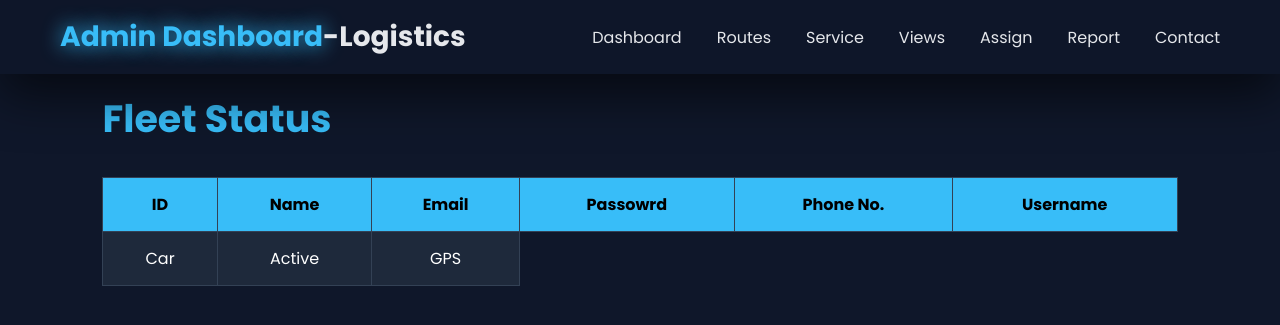
Repository: Pintu-6545/Java_Programming
Page: http://localhost/GreenFleetApplication/view-drivers.jsp
These files come from the project's save history. The page is drawn as it stood at one moment and after the next save; the edit follows.
The browser window is 1280 px wide. The pictures show the whole page.
The page is served by Tomcat 10. Other server files are loaded and not shown.

Above is the page before, as saved 2025-12-24 18:46:27.

### Assessement/GreenFeetApp1/GreenFleetApplication/src/main/webapp/view-drivers.jsp
<%@ page language="java" contentType="text/html; charset=UTF-8"
    pageEncoding="UTF-8"%>
<%@include file="header.jsp" %>
<!DOCTYPE html>
<html>
<head>
<meta charset="UTF-8">
<title>Display Drivers Data</title>
</head>
<body>
   <section class="section">
		<h2>Fleet Status</h2>
		<table>
			<tr>
				<th>ID</th>
				<th>Name</th>
				<th>Email</th>
				<th>Passowrd</th>
				<th>Phone No.</th>
				<th>Username</th>
			</tr>
			<tr>
				<td>Car</td>
				<td>Active</td>
				<td>GPS</td>
			</tr>
		</table>
	</section>
</body>
</html>

### Assessement/GreenFeetApp1/GreenFleetApplication/src/main/webapp/header.jsp
<%@ page language="java" contentType="text/html; charset=UTF-8"
    pageEncoding="UTF-8"%>
<!DOCTYPE html>
<html>
<head>
<meta charset="UTF-8">
<title>Ultra AI Logistics</title>
<meta name="viewport" content="width=device-width, initial-scale=1.0">

<!-- FONT & ICONS -->
<link
	href="https://fonts.googleapis.com/css2?family=Poppins:wght@300;400;600;700&display=swap"
	rel="stylesheet">
<link rel="stylesheet"
	href="https://cdnjs.cloudflare.com/ajax/libs/font-awesome/6.5.1/css/all.min.css">

<link rel="stylesheet" href="css/index.css">
</head>
<body>
<!-- ================= NAVBAR ================= -->
	<nav class="navbar">
		<div class="logo">
			<span>Admin Dashboard</span>-Logistics
		</div>

		<div class="menu-toggle" id="menuToggle">
			<span></span><span></span><span></span>
		</div>

		<ul class="menu" id="menu">
			<li class="menu-item"><a href="admin-index.jsp">Dashboard</a></li>

			<li class="menu-item"><a href="#">Routes</a>
				<ul class="dropdown">
					<li><a href="#">Add Route</a></li>
					<li><a href="#">View Route </a></li>
				</ul></li>
			<li class="menu-item"><a href="#">Service</a>
				<ul class="dropdown">
					<li><a href="add-driver.jsp">Add Driver</a></li>
					<li><a href="#">Add Vehicle</a></li>
					<li><a href="#">Add Vehicle Feul</a></li>
					<li><a href="#">Add Maintanance</a></li>
				</ul></li>


			<li class="menu-item"><a href="#">Views</a>
				<ul class="dropdown">
					<li><a href="view-drivers.jsp">View Drivers</a></li>
					<li><a href="#">View Vehicles</a></li>
					<li><a href="#">View Feuls</a></li>
				</ul></li>
				<li class="menu-item"><a href="#">Assign</a>
				<ul class="dropdown">
					<li><a href="#"> Add Vehicle-Driver</a></li>
					<li><a href="#">View Vehicles-Driver</a></li>

				</ul></li>
			<li class="menu-item"><a href="#">Report</a>
				<ul class="dropdown">
					<li><a href="#">Incident Report</a></li>
					<li><a href="#">Other Report</a></li>
				</ul></li>
			<li class="menu-item"><a href="#">Contact</a>
				<ul class="dropdown">
					<li><a href="#">Support</a></li>
					<li><a href="#">Email</a></li>
				</ul></li>
		</ul>
	</nav>

</body>
</html>

### Assessement/GreenFeetApp1/GreenFleetApplication/src/main/webapp/css/index.css
/* ================= GLOBAL ================= */
*{
    margin:0;
    padding:0;
    box-sizing:border-box;
    font-family:Poppins,sans-serif;
}
body{
    background:#0f172a;
    color:#fff;
}

/* ================= ROOT ================= */
:root{
    --bg:#020617;
    --glass:rgba(15,23,42,.85);
    --primary:#38bdf8;
    --secondary:#22d3ee;
    --text:#e5e7eb;
}

/* ================= NAVBAR ================= */
.navbar{
    position:fixed;
    top:0;
    width:100%;
    padding:16px 60px;
    background:var(--glass);
    backdrop-filter:blur(18px);
    display:flex;
    justify-content:space-between;
    align-items:center;
    z-index:1000;
    box-shadow:0 20px 50px rgba(0,0,0,.6);
}

/* ================= LOGO ================= */
.logo{
    font-size:28px;
    font-weight:800;
    color:var(--text);
}
.logo span{
    color:var(--primary);
    text-shadow:0 0 20px var(--primary);
}

/* ================= MENU ================= */
.menu{
    display:flex;
    gap:35px;
    list-style:none;
}
.menu-item{
    position:relative;
}
.menu-item > a{
    color:var(--text);
    text-decoration:none;
    font-size:16px;
    padding:10px 0;
    position:relative;
}

/* underline animation */
.menu-item > a::after{
    content:"";
    position:absolute;
    bottom:-6px;
    left:0;
    width:0;
    height:3px;
    background:linear-gradient(90deg,var(--primary),var(--secondary));
    transition:.4s;
    border-radius:10px;
}
.menu-item > a:hover::after{
    width:100%;
}

/* ================= DROPDOWN ================= */
.dropdown{
    position:absolute;
    top:55px;
    left:0;
    background:linear-gradient(180deg,#020617,#020617);
    border-radius:18px;
    min-width:210px;
    padding:10px;
    opacity:0;
    visibility:hidden;
    transform:rotateX(-15deg) translateY(15px);
    transform-origin:top;
    transition:.45s cubic-bezier(.2,.8,.2,1);
    box-shadow:0 25px 80px rgba(56,189,248,.25);
}

.dropdown li{
    list-style:none;
}

.dropdown a{
    display:block;
    padding:14px 18px;
    border-radius:12px;
    color:#cbd5f5;
    text-decoration:none;
    transition:.3s;
}
.dropdown a:hover{
    background:linear-gradient(135deg,var(--primary),var(--secondary));
    color:#020617;
    transform:translateX(6px);
}

/* hover open */
.menu-item:hover .dropdown{
    opacity:1;
    visibility:visible;
    transform:rotateX(0) translateY(0);
}

/* ================= MOBILE ================= */
.menu-toggle{
    display:none;
    flex-direction:column;
    gap:6px;
    cursor:pointer;
}
.menu-toggle span{
    width:28px;
    height:3px;
    background:var(--primary);
    border-radius:10px;
}

/* ================= RESPONSIVE ================= */
@media(max-width:900px){
    .menu-toggle{display:flex;}
    .menu{
        position:absolute;
        top:75px;
        right:30px;
        background:#020617;
        flex-direction:column;
        width:260px;
        border-radius:20px;
        padding:20px;
        opacity:0;
        pointer-events:none;
        transform:scale(.9);
        transition:.4s;
    }
    .menu.active{
        opacity:1;
        pointer-events:auto;
        transform:scale(1);
    }
    .dropdown{
        position:static;
        transform:none;
        opacity:1;
        visibility:visible;
        box-shadow:none;
    }
}

/* ================= CAROUSEL ================= */
.carousel{
    height:100vh;
    margin-top:80px;
    position:relative;
    overflow:hidden;
}
.slide{
    position:absolute;
    inset:0;
    background-size:cover;
    background-position:center;
    opacity:0;
    transition:opacity 1.2s;
}
.slide.active{opacity:1;}
.overlay{
    position:absolute;
    inset:0;
    background:linear-gradient(to right,rgba(0,0,0,.75),rgba(0,0,0,.3));
}
.content{
    position:absolute;
    top:50%;
    left:8%;
    transform:translateY(-50%);
    max-width:600px;
}
.content h1{
    font-size:48px;
}
.content p{
    margin:15px 0 25px;
    color:#e2e8f0;
}
.btn{
    padding:14px 30px;
    border-radius:30px;
    border:none;
    background:linear-gradient(45deg,#38bdf8,#0ea5e9);
    cursor:pointer;
}

/* ================= SECTIONS ================= */
.section{
    padding:90px 8%;
}
.section h2{
    font-size:38px;
    color:#38bdf8;
}
.section p{
    max-width:850px;
    color:#cbd5f5;
}

/* ================= CARDS ================= */
.card-grid{
    display:grid;
    grid-template-columns:repeat(auto-fit,minmax(250px,1fr));
    gap:25px;
    margin-top:40px;
}
.card{
    background:#1e293b;
    border-radius:15px;
    overflow:hidden;
    transition:.4s;
}
.card:hover{
    transform:translateY(-8px);
}
.card img{
    width:100%;
    height:200px;
    object-fit:cover;
}
.card h3{
    padding:15px;
    color:#38bdf8;
}
.card p{
    padding:0 15px 20px;
    font-size:14px;
}

/* ================= TABLE ================= */
table{
    width:100%;
    border-collapse:collapse;
    margin-top:30px;
}
th,td{
    padding:14px;
    border:1px solid #334155;
    text-align:center;
}
th{
    background:#38bdf8;
    color:#000;
}
tr:nth-child(even){
    background:#1e293b;
}

/* ================= FORM SECTION ================= */
.form-section{
    padding:100px 6%;
    background:linear-gradient(135deg,#020617,#0f172a);
}

.form-wrapper{
    max-width:1100px;
    margin:auto;
    background:rgba(15,23,42,.92);
    backdrop-filter:blur(18px);
    border-radius:28px;
    padding:55px;
    display:grid;
    grid-template-columns:1.2fr 1fr;
    gap:50px;
    box-shadow:0 30px 80px rgba(56,189,248,.15);
}

/* ================= LEFT INFO ================= */
.form-info h2{
    font-size:44px;
    margin-bottom:25px;
    color:#38bdf8;
}

.info-box{
    display:flex;
    align-items:center;
    gap:18px;
    margin:22px 0;
    font-size:18px;
    color:#e5e7eb;
}

.info-box i{
    width:48px;
    height:48px;
    display:grid;
    place-items:center;
    font-size:20px;
    background:linear-gradient(135deg,#38bdf8,#0ea5e9);
    color:#020617;
    border-radius:50%;
}

/* ================= FORM ================= */
.form-box{
    display:flex;
    flex-direction:column;
    gap:20px;
}

.input-group{
    position:relative;
}

.input-group i{
    position:absolute;
    top:50%;
    left:18px;
    transform:translateY(-50%);
    font-size:16px;
    color:#38bdf8;
    pointer-events:none;
}

.input-group input,
.input-group select,
.input-group textarea{
    width:100%;
    padding:16px 18px 16px 50px;
    border-radius:30px;
    border:2px solid transparent;
    outline:none;
    background:#020617;
    color:#fff;
    font-size:15px;
    transition:.35s;
}

/* Focus & Hover Handling */
.input-group input:focus,
.input-group textarea:focus,
.input-group select:focus{
    border-color:#38bdf8;
    box-shadow:0 0 0 4px rgba(56,189,248,.15);
}

/* Placeholder */
::placeholder{
    color:#9ca3af;
}

/* Textarea */
textarea{
    height:120px;
    resize:none;
}

/* ================= BUTTON ================= */
.form-box button{
    margin-top:10px;
    padding:16px;
    border-radius:30px;
    border:none;
    font-size:16px;
    font-weight:600;
    color:#020617;
    background:linear-gradient(135deg,#38bdf8,#0ea5e9);
    cursor:pointer;
    transition:.35s;
}

.form-box button:hover{
    transform:translateY(-2px);
    box-shadow:0 15px 40px rgba(56,189,248,.4);
}

/* ================= RESPONSIVE ================= */
@media(max-width:900px){
    .form-wrapper{
        grid-template-columns:1fr;
        padding:40px;
    }
    .form-info h2{
        font-size:36px;
    }
}

@media(max-width:480px){
    .form-wrapper{
        padding:30px 22px;
    }
    .input-group input,
    .input-group select,
    .input-group textarea{
        font-size:14px;
    }
}

After the next save:
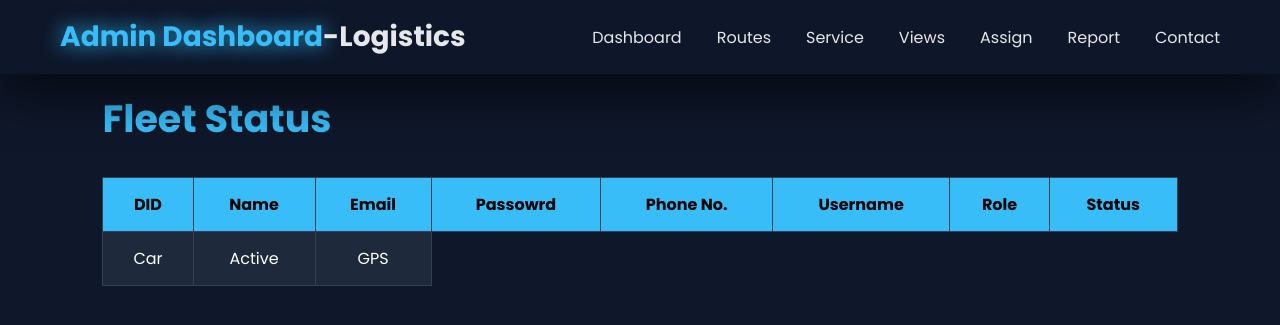
Saved 2 min 17 s later.
--- a/Assessement/GreenFeetApp1/GreenFleetApplication/src/main/webapp/view-drivers.jsp
+++ b/Assessement/GreenFeetApp1/GreenFleetApplication/src/main/webapp/view-drivers.jsp
@@ -12,12 +12,14 @@
 		<h2>Fleet Status</h2>
 		<table>
 			<tr>
-				<th>ID</th>
+				<th>DID</th>
 				<th>Name</th>
 				<th>Email</th>
 				<th>Passowrd</th>
 				<th>Phone No.</th>
 				<th>Username</th>
+				<th>Role</th>
+				<th>Status</th>
 			</tr>
 			<tr>
 				<td>Car</td>
